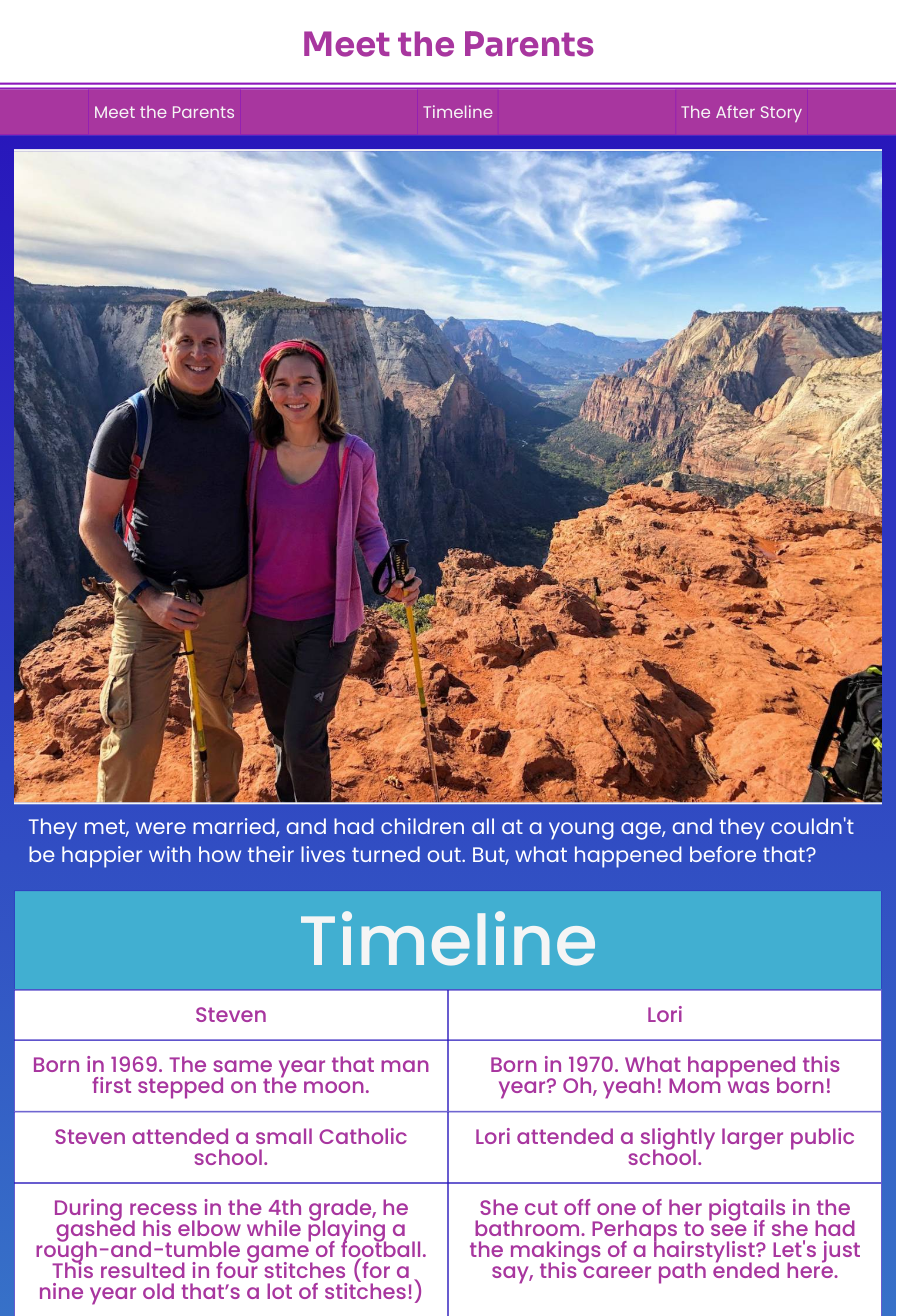
Repository: Sbethm/parents-tribute
Page: timeline.html
An editor plug-in stored every save of this project. The page is shown before and after a run of saves, followed by the edit.
The browser window is 1280 px wide. The page is 1282 px wide, so the pictures cover 1282 px, including what lies to the right of the window. The pictures show the part of the page from y = 0 to 1880 px (the page is 3320 px tall), at 70% of full size.

Above is the page before, as saved 2021-02-11 17:36:13.

### timeline.html
<!DOCTYPE html>
<html>
    <head>
      <meta charset="UTF-8">
      <title>Meet the Parents</title>
      <meta name="description" content="A choose your own story adventure game">
      <meta name="viewport" content="width=device-width, initial-scale=1.0">
      <link rel="preconnect" href="https://fonts.gstatic.com">
      <link href="https://fonts.googleapis.com/css2?family=Poppins:ital,wght@0,400;0,500;0,600;0,700;0,800;0,900;1,400;1,500;1,600;1,700;1,800;1,900&family=Sora:wght@400;500;600;700;800&display=swap" rel="stylesheet"> <!--
        This is used for headings:
        font-family: 'Sora', sans-serif;
        This is used for content:
        font-family: 'Poppins', sans-serif;-->
      <link href="style.css" type="text/css" rel="stylesheet">
    </head>

    <body>

      <header>
        <h1>Meet the Parents</h1>
        <nav class="navigation">
          <a href="index.html">Meet the Parents</a>
          <a href="timeline.html">Timeline</a>
          <a href="aftermarriage.html">The After Story</a>
          </nav>
      </header>
      <main>
        <section>
            <img class="img-hiking"src="img/hiking.jpg" alt="Mom and dad enjoying a hike.">
            <p>They met, were married, and had children all at a young age, and they couldn't be happier with how their lives turned out. But, what happened before that?</p>
        </section>
        <div class="grid">
            <div class="grid-box tl">Timeline</div>
            <div class="grid-box dad">Steven</div>
            <div class="grid-box mom">Lori</div>
            <!---------Dad's Grid Boxes---------->
            <div class="grid-box f-1">Born in 1969. The same year that man  first stepped on the moon.</div>
            <div class="grid-box f-2">Steven attended a small Catholic school.</div>
            <div class="grid-box f-3">During recess in the 4th grade, he gashed his elbow while playing a rough-and-tumble game of football. This resulted in four stitches (for a nine year old that’s a lot of stitches!)</div>
            <div class="grid-box f-4">When he was thirteen, he camped in the backyard and stayed up all night.</div>
            <div class="grid-box f-5">He ran his first high school track meet, the 100 yard dash, and won third place. For the first track meet, that's not too shabby!</div>
            <div class="grid-box f-6">He was in a car accident, "not his fault", which lead to more stitches but this time in his forehead. Because of this, he had to sit out his senior year homecoming football game.</div>
            <div class="grid-box f-7">Having the lead role as Jesus during my high school senior year. It was the first annual Easter Passion play the school performed.</div>
            <div class="grid-box f-8">I remember a dream I had where I met a beautiful girl, at a homecoming dance, who I eventually married and we had two terrific kids who eventually married and gave me two more kids to enjoy time with.</div>
            <!---------Mom's Grid Boxes---------->
            <div class="grid-box m-1">Born in 1970. What happened this year? Oh, yeah! Mom was born!</div>
            <div class="grid-box m-2">Lori attended a slightly larger public school.</div>
            <div class="grid-box m-3">She cut off one of her pigtails in the bathroom. Perhaps to see if she had the makings of a hairstylist? Let's just say, this career path ended here.</div>
            <div class="grid-box m-4">She had skied half of a bunny slope when she realized this daredevil sport wasn't for her.</div>
            <div class="grid-box m-5">She performed the lead role in a junior high school play.</div>
            <div class="grid-box m-6">After a white knuckled horse ride in the Appalachians, she discovered that she was not meant to lead a life of adventure</div>
            <div class="grid-box m-7">made camps with her cousins in the Ritchie woods.</div>
            <div class="grid-box m-8">made camps with her cousins in the Ritchie woods.</div>
            <!--------After They Met Boxes------->
            <div class="grid-box fm-1">Met in ____ when Steven was 21 and Lori was 19 years old.</div>
            <div class="grid-box fm-2">At the age of 21, Lori gave birth to Sarah (me!).</div>
            <div class="grid-box fm-3">One year later (obviously not satisfied with their first child) Lori and Steven had their second child, a son named John.</div>
        </div>
      </main>
      <footer>
        <img class="icon" src="img/profile_icon.png" alt="profile icon">
        Sarah Moosa
        <br><br>
        <img class="icon" src="img/home_icon.png" alt="home icon">
        Meet the Parents
      </footer>
    </body>

</html>

### style.css
/*
html5doctor.com Reset Stylesheet
v1.6.1
Last Updated: 2010-09-17
Author: Richard Clark - http://richclarkdesign.com
Twitter: @rich_clark
*/

html, body, div, span, object, iframe,
h1, h2, h3, h4, h5, h6, p, blockquote, pre,
abbr, address, cite, code,
del, dfn, em, img, ins, kbd, q, samp,
small, strong, sub, sup, var,
b, i,
dl, dt, dd, ol, ul, li,
fieldset, form, label, legend,
table, caption, tbody, tfoot, thead, tr, th, td,
article, aside, canvas, details, figcaption, figure,
footer, header, hgroup, menu, nav, section, summary,
time, mark, audio, video {
    margin:0;
    padding:0;
    border:0;
    outline:0;
    font-size:100%;
    vertical-align:baseline;
    background:transparent;
}

body {
    line-height:1;
}

article,aside,details,figcaption,figure,
footer,header,hgroup,menu,nav,section {
    display:block;
}

nav ul {
    list-style:none;
}

blockquote, q {
    quotes:none;
}

blockquote:before, blockquote:after,
q:before, q:after {
    content:'';
    content:none;
}

a {
    margin:0;
    padding:0;
    font-size:100%;
    vertical-align:baseline;
    background:transparent;
}

/* change colours to suit your needs */
ins {
    background-color:#ff9;
    color:#000;
    text-decoration:none;
}

/* change colours to suit your needs */
mark {
    background-color:#ff9;
    color:#000;
    font-style:italic;
    font-weight:bold;
}

del {
    text-decoration: line-through;
}

abbr[title], dfn[title] {
    border-bottom:1px dotted;
    cursor:help;
}

table {
    border-collapse:collapse;
    border-spacing:0;
}

/* change border colour to suit your needs */
hr {
    display:block;
    height:1px;
    border:0;
    border-top:1px solid #cccccc;
    margin:1em 0;
    padding:0;
}

input, select {
    vertical-align:middle;
}

/* MY CODE BELOW */

body {
    width: 100vw;
}

main {
    width: calc(100vw - 40px);
    height: 100%;
    padding: 20px 20px;
    background-color: rgb(255, 255, 255);
}

header {
    width: 100vw;
    padding-top: 40px;
    color: rgb(168, 54, 159);
    background-color: rgb(255, 255, 255);
    display: flex;
    flex-direction: column;
    justify-content: center;
}

h1 {
    width: 100%;
    font-family: 'Sora', sans-serif;
    font-size: 3em;
    font-weight: 700;
    text-align: center;
    border-bottom: double 10px rgb(140, 23, 187);
    padding-bottom: 30px;
}

.navigation {
    width: 100%;
    background-color: rgb(168, 54, 159);
    text-align: center;
    border-bottom: solid 1px rgb(140, 23, 187);
    display: flex;
    flex-direction: row;
    justify-content: space-around;
}

a {
    padding: 20px 7px;
    background-color: rgb(168, 54, 159);
    font-family: 'Poppins', sans-serif;
    font-size: 1em;
    color: whitesmoke;
    text-decoration: none;
    border-left: solid 1px rgb(140, 23, 187);
    border-right: solid 1px rgb(140, 23, 187);
}

a:hover {
    background-color: wheat;
}

section {
    width: 100%;
    background-color: rgb(65, 175, 209);
    border: solid 1px rgb(40, 23, 187);
}

h2 {
    max-width: 100%;
    padding: 10px 20px;
    font-family: 'Sora', sans-serif;
    font-size: 1.5em;
    font-weight: 600;
    color: rgb(168, 54, 159);
}

.disney-adventure__img,
.img-sitting,
.img-hiking {
    max-width: 100%;
    height: auto;
    justify-content: center;
    align-content: center;
    border-top: solid 3px whitesmoke;
    border-bottom: solid 3px whitesmoke;
}

p {
    padding: 10px 20px;
    font-family: 'Poppins', sans-serif;
    font-size: 1em;
    line-height: 20px;
    color: rgb(255, 255, 255);
}

.grid {
    display: grid;
    margin: 20px 0;
    grid-template-columns: 1fr 1fr;
    grid-template-rows: repeat(13, fit-content);
    grid-template-areas:
        "tl tl"
        "dad mom"
        "f-1 m-1"
        "f-2 m-2"
        "f-3 m-3"
        "f-4 m-4"
        "f-5 m-5"
        "f-6 m-6"
        "f-7 m-7"
        "f-8 m-8"
        "fm-1 fm-1"
        "fm-2 fm-2"
        "fm-3 fm-3";
}

.grid-box {
    border: solid 1px rgb(40, 23, 187);
    background-color: rgb(255, 255, 255);
    padding: 5px;
    color: rgb(168, 54, 159);
    text-align: center;
    font-family: 'Poppins', sans-serif;
    font-weight: 500;
    font-size: 1em;
}

.tl {
    grid-area: tl;
    font-size: 1.5em;
    font-weight: 500;
    color: whitesmoke;
    background-color: rgb(65, 175, 209);
}
.dad {
    grid-area: dad;
}

.mom {
    grid-area: mom;
}

.f-1 {
    grid-area: f-1;
}

.f-2 {
    grid-area: f-2;

}

.f-3 {
    grid-area: f-3;

}

.f-4 {
    grid-area: f-4;

}

.f-5 {
    grid-area: f-5;

}

.f-6 {
    grid-area: f-6;

}

.f-7 {
    grid-area: f-7;

}

.f-8 {
    grid-area: f-8;

}

.m-1 {
    grid-area: m-1;
}

.m-2 {
    grid-area: m-2;
}

.m-3 {
    grid-area: m-3;
}

.m-4 {
    grid-area: m-4;
}

.m-5 {
    grid-area: m-5;
}

.m-6 {
    grid-area: m-6;
}

.m-7 {
    grid-area: m-7;
}

.m-8 {
    grid-area: m-8;
}

.fm-1 {
    grid-area: fm-1;
}

.fm-2 {
    grid-area: fm-2;
}

.fm-3 {
    grid-area: fm-3;
}

footer {
    width: calc(100vw - 40px);
    height: 100px;
    padding: 40px 20px 0 20px;
    position: relative;
    bottom: 0;
    font-family: 'Poppins', sans-serif;
    font-size: 1em;
    font-weight: 500;
    border: solid 1px rgb(40, 23, 187);
}

.icon {
    width: 20px;
    height: auto;
}


@media screen and (min-width: 700px) and (max-width: 1500px) {

    main {
        background-image: linear-gradient(180deg, rgb(40, 23, 187), rgb(65, 175, 209));
    }

    a {
        font-size: 1.5em;
    }
    p {
        padding: 0;
        font-family: 'Poppins', sans-serif;
        font-size: 0.25em;
        line-height: 20px;
        color: rgb(255, 255, 255);
    }

    section {
        width: 100%;
        background-color: rgb(40, 23, 187, 0);
        border: none;
    }

    .section__intro {
        display: grid;
        grid-template-columns: 50% 50%;
        grid-template-rows: 100px 400px;
        grid-template-areas:
            "title p1"
            "picture p2";
    }

    section h2 {
        grid-area: title;
        align-self: center;
        justify-self: center;
    }

    h2 {
        font-size: 2.5em;
        color: rgb(243, 101, 231);
    }

    .img-sitting {
        max-height: 360px;
        margin-bottom: 20px;
        border: double 3px whitesmoke;
        grid-area: picture;
        justify-self: center;
        align-self: center;
    }

    .p1 {
        align-self: flex-start;
        grid-area: p2;
        font-size: 1.5em;
        padding-left: 40px;
    }

    .p2 {
        align-self: flex-end;
        grid-area: p2;
        font-size: 1.5em;
        padding-left: 40px;
        padding-bottom: 30px;
    }

    p {
        padding: 10px 20px;
        font-family: 'Poppins', sans-serif;
        font-size: 30px;
        line-height: 40px;
        color: rgb(255, 255, 255);
    }

/*TIMELINE CODE*/

.img-hiking {
    max-width: 100%;
    height: auto;
    justify-content: center;
    align-content: center;
    border-top: solid 3px whitesmoke;
    border-bottom: solid 3px whitesmoke;
}

    .grid {
        display: grid;
        margin: 20px 0;
        grid-template-columns: 1fr 1fr;
        grid-template-rows: repeat(13, fit-content);
        grid-template-areas:
            "tl tl"
            "dad mom"
            "f-1 m-1"
            "f-2 m-2"
            "f-3 m-3"
            "f-4 m-4"
            "f-5 m-5"
            "f-6 m-6"
            "f-7 m-7"
            "f-8 m-8"
            "fm-1 fm-1"
            "fm-2 fm-2"
            "fm-3 fm-3";
    }

    .grid-box {
        border: solid 1px rgb(40, 23, 187);
        background-color: rgb(255, 255, 255);
        padding: 20px;
        color: rgb(168, 54, 159);
        text-align: center;
        font-family: 'Poppins', sans-serif;
        font-weight: 500;
        font-size: 30px;
    }

    .tl {
        grid-area: tl;
        font-size: 100px;
        font-weight: 500;
        color: whitesmoke;
        background-color: rgb(65, 175, 209);
    }
    .dad {
        grid-area: dad;
    }

    .mom {
        grid-area: mom;
    }

    .f-1 {
        grid-area: f-1;
    }

    .f-2 {
        grid-area: f-2;

    }

    .f-3 {
        grid-area: f-3;

    }

    .f-4 {
        grid-area: f-4;

    }

    .f-5 {
        grid-area: f-5;

    }

    .f-6 {
        grid-area: f-6;

    }

    .f-7 {
        grid-area: f-7;

    }

    .f-8 {
        grid-area: f-8;

    }

    .m-1 {
        grid-area: m-1;
    }

    .m-2 {
        grid-area: m-2;
    }

    .m-3 {
        grid-area: m-3;
    }

    .m-4 {
        grid-area: m-4;
    }

    .m-5 {
        grid-area: m-5;
    }

    .m-6 {
        grid-area: m-6;
    }

    .m-7 {
        grid-area: m-7;
    }

    .m-8 {
        grid-area: m-8;
    }

    .fm-1 {
        grid-area: fm-1;
    }

    .fm-2 {
        grid-area: fm-2;
    }

    .fm-3 {
        grid-area: fm-3;
    }

    footer {
        width: calc(100vw - 40px);
        height: 200px;
        padding: 80px 20px 0 20px;
        font-family: 'Poppins', sans-serif;
        font-size: 40px;
        font-weight: 500;
        border: solid 1px rgb(40, 23, 187);
    }

    .icon {
        width: 40px;
        height: auto;
    }
}

/*@media only screen and (min-width: 900px) {
}*/

After the next 2 saves:
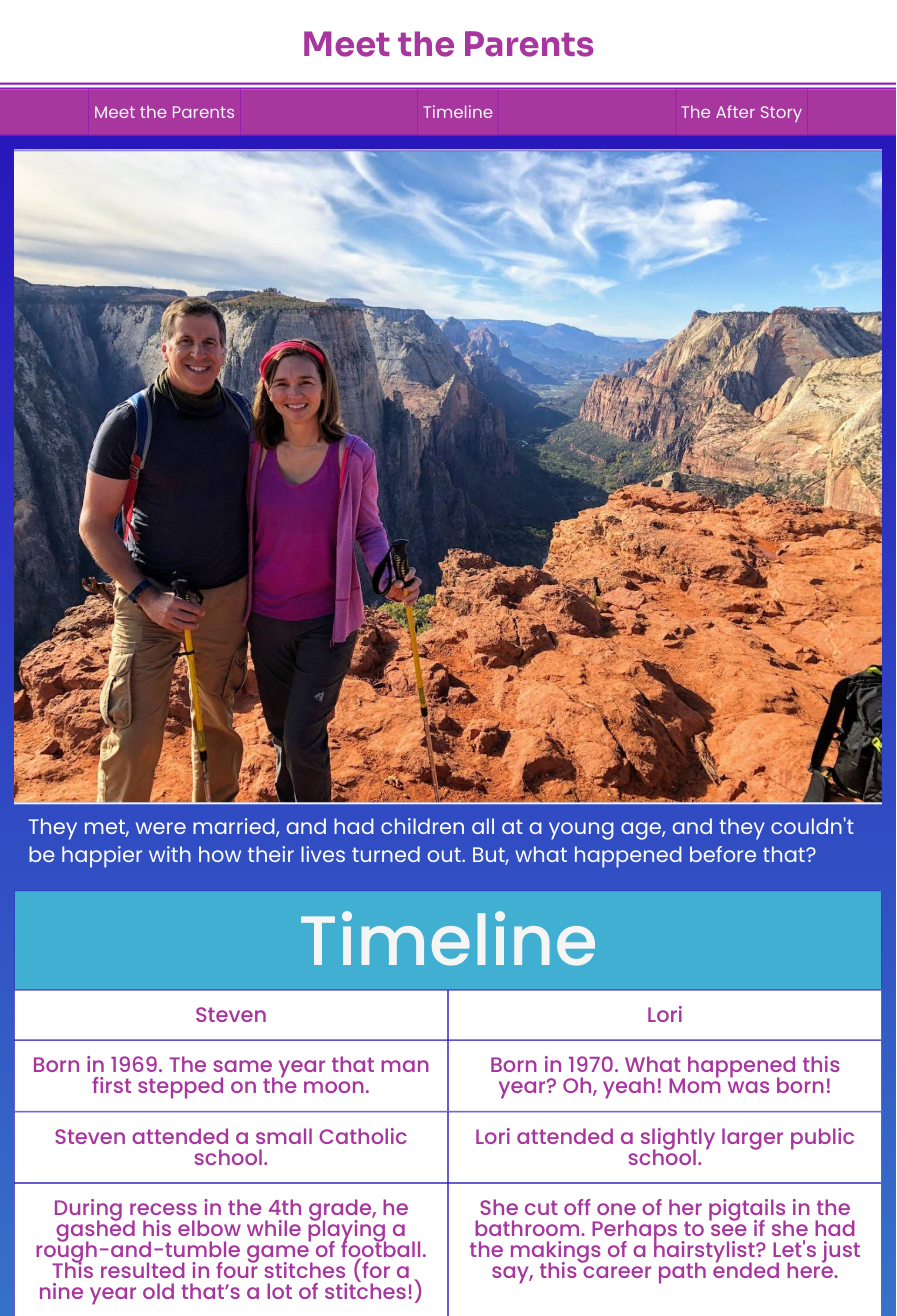
The 2 saves are shown as one change because they came seconds apart.
The last was saved 10 s later.
--- a/style.css
+++ b/style.css
@@ -423,7 +423,7 @@ footer {
     height: auto;
     justify-content: center;
     align-content: center;
-    border-top: solid 3px whitesmoke;
+    border-top: double 3px whitesmoke;
     border-bottom: solid 3px whitesmoke;
 }
 
